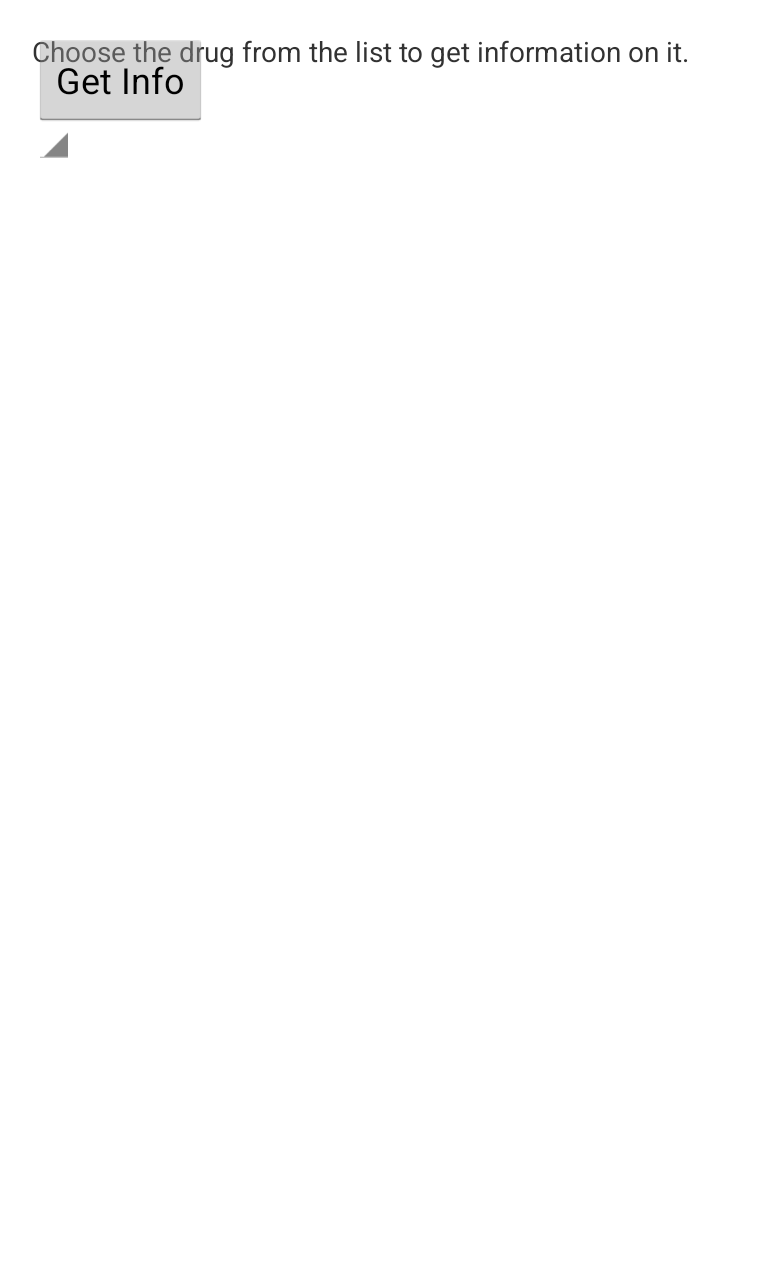
Repository: rosingrr/software-engineering
Layout: app/SympMeds/res/layout/activity_drug_list.xml
These files come from the project's save history. The layout is drawn as it stood at one moment and after the next save; the edit follows.
It is drawn on a 768 x 1280 px phone screen (xhdpi) without system bars, with theme AppTheme; the app's code is not run.

Above is the layout before, as saved 2013-06-13 14:17:54.

After the next save:
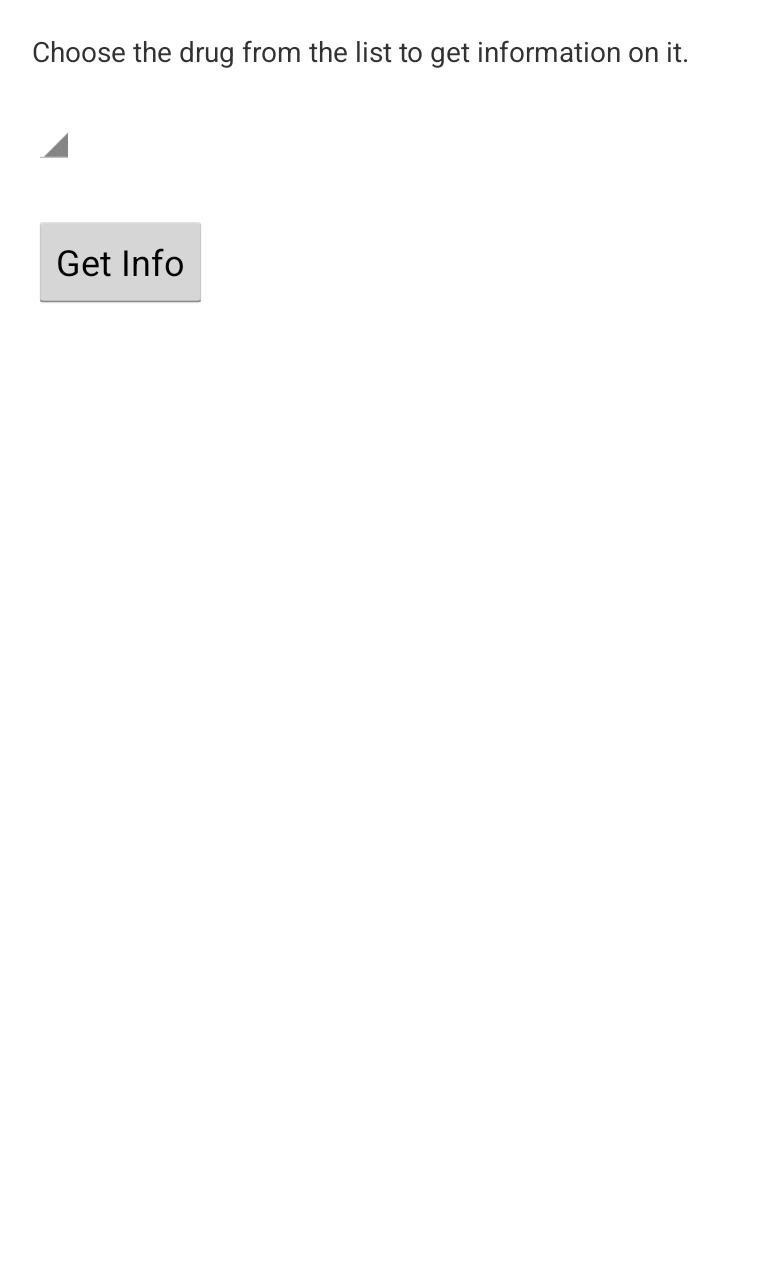
Saved 2 min 53 s later.
--- a/app/SympMeds/res/layout/activity_drug_list.xml
+++ b/app/SympMeds/res/layout/activity_drug_list.xml
@@ -27,9 +27,10 @@
         android:id="@+id/button1"
         android:layout_width="wrap_content"
         android:layout_height="wrap_content"
-        android:layout_alignLeft="@+id/spinner1"
-        android:layout_below="@+id/spinner1"
-        android:text="@string/get_info"
-        android:onClick="getInfo" />
+        android:layout_alignLeft="@+id/spinner2"
+        android:layout_below="@+id/spinner2"
+        android:layout_marginTop="24dp"
+        android:onClick="getInfo"
+        android:text="@string/get_info" />
 
 </RelativeLayout>
